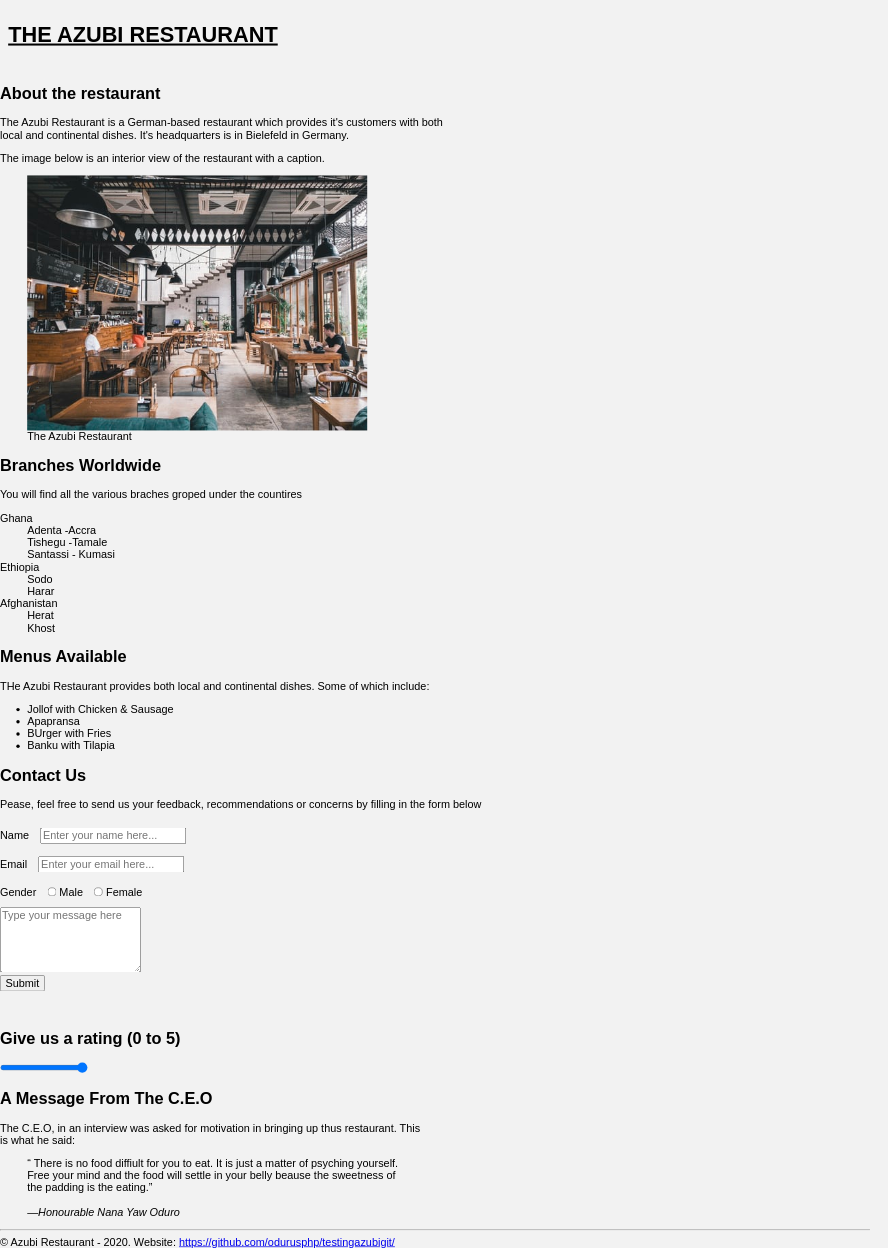
Repository: odurusphp/testingazubigit
Page: Fortune/FortunatusWulnye.html
The author's editor kept a copy of each file at every save. The page is drawn from the files as they stood at one save, then again after the next save.
The browser window is 1280 px wide. The page is 1280 px wide, then 1306 px, so the pictures cover 1306 px, including what lies to the right of the window. The pictures show the whole page, at 68% of full size.

Above is the page before, as saved 2020-08-03 00:59:59.

### Fortune/FortunatusWulnye.html
<!--COMMENTS THAT ARE MINE ARE WRITTEN IN CAPITAL LETTERS-->
<!--THE GENERAL STRUCTURE OF THE PAGE IS GOOD WITH THE INDENTATION TOO-->
<!--THE CLASSES THAT YOU IMPLEMENTED TOO ARE GREAT KEEP IT UP-->
<!DOCTYPE html>
<html lang="en">
  <head>

    <meta charset="UTF-8" />
    <meta name="viewport" content="width=device-width, initial-scale=1.0" />
    <title>The Azubi Restaurant</title>
    <meta name="descrition" content="A website for Azubi restaurant">
    <meta name="author" content="Fortunatus Aabangbio Wulnye">
    <link rel="stylesheet" href="css/style.css">

  </head>

  <body>

    <div class="main-container">
      <div class="mainHeading"></div>
        <h1><u>THE AZUBI RESTAURANT</u> </h1>
      </div>

      <div class="content">
        <div class="About">
          <h2>About the restaurant</h2>
          <p>
            The Azubi Restaurant is a German-based restaurant which provides
            it's customers with both <br />
            local and continental dishes. It's headquarters is in Bielefeld in
            Germany.
          </p>
          <p>
            The image below is an interior view of the restaurant with a caption.
          </p>
          <!--IN ADDING THE IMAGE YOU TYPED OUT THE SRC WRONGLY KINDLY TAKE NOTE AND DO WELL TO REVIEW YOUR PAGE ALWAYS-->
          <figure>
            <img
              src="images/FortununatusWulnyeRestaurant.jpg"
              alt="Azubi Restaurant"
            />
            <figcaption>The Azubi Restaurant</figcaption>
          </figure>
        </div>

        <div class="branches">
          <h2>Branches Worldwide</h2>
          <p>
            You will find all the various braches groped under the countires
          </p>
          <dl>
            <dt>Ghana</dt>
            <dd>Adenta -Accra</dd>
            <dd>Tishegu -Tamale</dd>
            <dd>Santassi - Kumasi</dd>

            <dt>Ethiopia</dt>
            <dd>Sodo</dd>
            <dd>Harar</dd>

            <dt>Afghanistan</dt>
            <dd>Herat</dd>
            <dd>Khost</dd>
          </dl>
        </div>

        <div class="menus">
          <h2>Menus Available</h2>
          <p>THe Azubi Restaurant provides both local and continental dishes. Some of which include:</p>
          <ul>
            <li>Jollof with Chicken & Sausage</li>
            <li>Apapransa</li>
            <li>BUrger with Fries</li>
            <li>Banku with Tilapia</li>
          </ul>
        </div>

        <div class="Contact">
          <h2>Contact Us</h2>
          <p>Pease, feel free to send us your feedback, recommendations or concerns by filling in the form below</p>
          <form action="" method="POST">
            <label for="fname">Name</label>
            <input type="text" name="fname" placeholder ="Enter your name here..." required> <br>

            <label for="email">Email</label>
            <input type="text" name="email" placeholder ="Enter your email here..." required> <br>

            <label for="gender">Gender</label>
            <input type="radio" id="male" value="male">
            <label for="gender">Male</label>
            <input type="radio" id="female" value="female">
            <label for="gender">Female</label> <br>

            <textarea name="message" id="" cols="20" rows="5" placeholder="Type your message here"></textarea> <br/>

            <input type="submit" value="Submit"  />
          </form>
          <br>

        </div>
        <br>

        <div class="rating">
          <h2>Give us a rating (0 to 5)</h2>
          <div class="slider">
             <input type="range" min="0" max="5" value="50">
          </div>
        </div>

        <div class="ceomessage">
          <h2>A Message From The C.E.O</h2>
          <P>The C.E.O, in an interview was asked for motivation in bringing up thus restaurant. This<br> is what he said: <blockquote> <q> There is no food diffiult for you to eat. It is just a matter of psyching yourself.<br> Free your mind and the food
          will settle in your belly beause the sweetness of <br> the padding is the eating.</q><br> <br>
        &mdash;<cite>Honourable Nana Yaw Oduro</cite>
      </blockquote>
           </P>
        </div>
        <hr />

        <footer>
          &copy; Azubi Restaurant - 2020. Website: <a
          href="https://github.com/odurusphp/testingazubigit/">https://github.com/odurusphp/testingazubigit/</a>
        </footer>
      </div>
    </div>

  </body>
</html>

### Fortune/css/style.css
html {
  font-family: sans-serif;
  -webkit-text-size-adjust: 100%;
  -ms-text-size-adjust: 100%;
}
body {
  box-sizing: border-box;
  margin: 0;
  background-color: hsl(0, 0%, 95%);
}

.main-container {
  border-radius: 2px;
  padding: 12px;
}

article,
aside,
details,
figcaption,
figure,
footer,
header,
main,
menu,
nav,
section,
summary {
  display: block;
}

a:active,
a:hover {
  outline: 0;
}

b,
strong {
  font-weight: bold;
}

h1 {
  font-size: 2em;
  margin: 0.67em 0;
}

img {
  display: block;
  border: 0;
  width: auto;
  height: auto;
}

label {
  padding: 12px 12px 12px 0;
  display: inline-block;
}

button,
input,
optgroup,
select,
textarea {
  color: inherit;
  font: inherit;
  margin: 0;
}

After the next save:
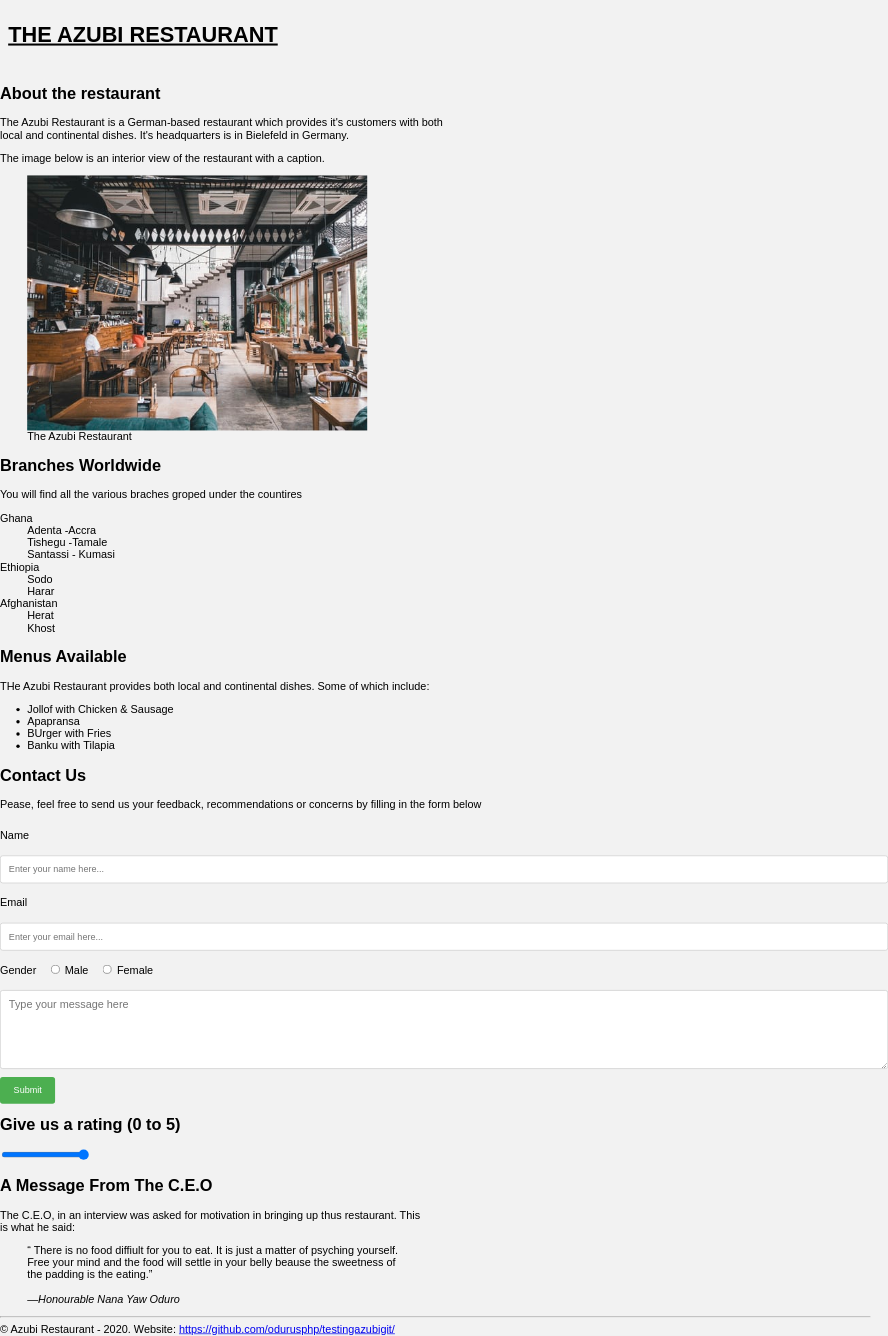
Saved 99 s later.
--- a/Fortune/css/style.css
+++ b/Fortune/css/style.css
@@ -56,12 +56,36 @@ label {
   display: inline-block;
 }
 
-button,
-input,
-optgroup,
+input [type="text"],
 select,
 textarea {
   color: inherit;
   font: inherit;
   margin: 0;
+  padding: 12px;
+  border: 1px solid #ccc;
+  border-radius: 4px;
+  resize: vertical;
+  margin: 8px 0;
 }
+
+input[type="text"],
+select,
+textarea {
+  width: 100%;
+  padding: 12px;
+  border: 1px solid #ccc;
+  border-radius: 4px;
+  resize: vertical;
+  margin: 8px 0;
+}
+
+input[type="submit"] {
+  background-color: #4caf50;
+  color: white;
+  padding: 12px 20px;
+  border: none;
+  border-radius: 4px;
+  cursor: pointer;
+  float: left;
+}
